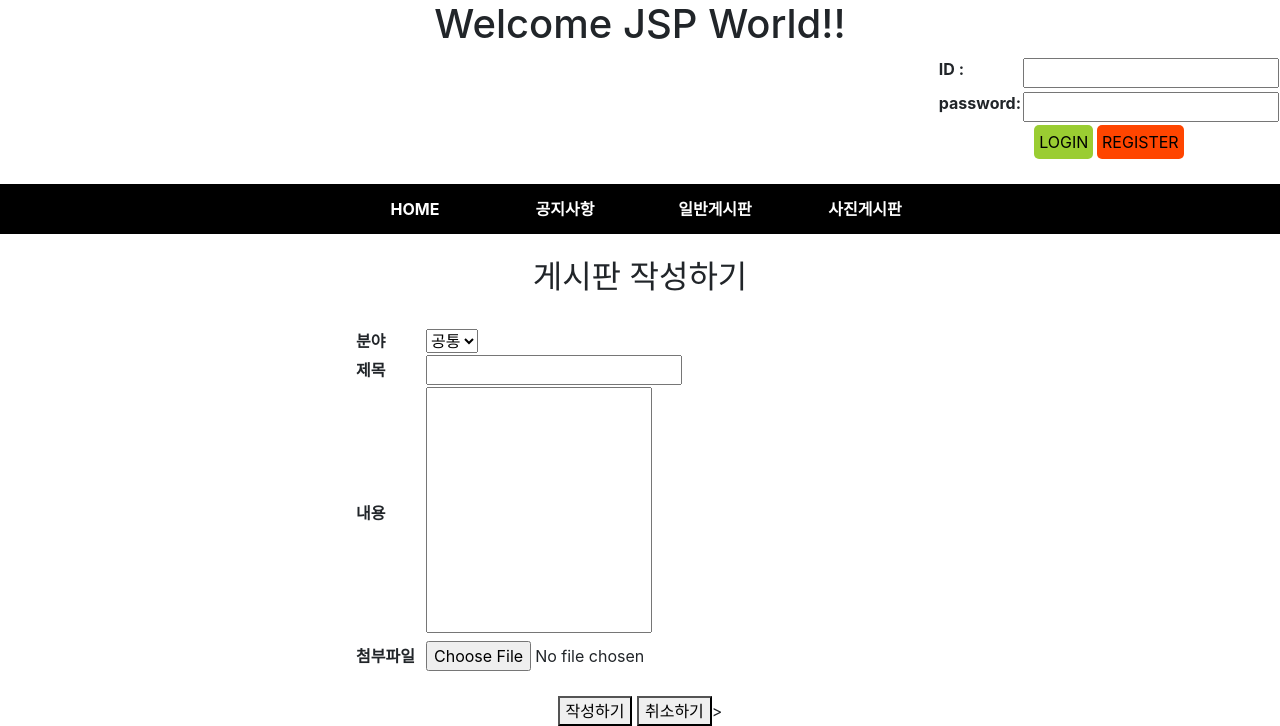
Repository: BrianH29/BH_webserver_workspace2
Page: http://localhost/jspProject/views/board/boardEnrollForm.jsp
An editor plug-in stored every save of this project. The page is shown before and after a run of saves, followed by the edit.
The browser window is 1280 px wide. The pictures show the whole page.
The page is served by Tomcat 9. Other server files are loaded and not shown.

Above is the page before, as saved 2020-09-14 03:42:30.

### jspProject/WebContent/views/board/boardEnrollForm.jsp
<%@ page language="java" contentType="text/html; charset=UTF-8"
    pageEncoding="UTF-8"%>
<!DOCTYPE html>
<html>
<head>
<meta charset="UTF-8">
<title>Insert title here</title>
</head>
<body>
	<%@include file ="../common/menubar.jsp" %>
	<div class="outer">
      <br />
      <h2 align="center">게시판 작성하기</h2>
      <br />

      <form action="" id="insertForm" method="POST">
        <!-- 카테고리, 제목, 내용, 첨부파일-->

        <table align="center">
          <tr>
            <th width="70">분야</th>
            <td width="500">
              <select name="" id="">
                <option value="">공통</option>
                <option value="">운동</option>
                <option value="">등산</option>
                <option value="">게임</option>
                <option value="">낚시</option>
                <option value="">요리</option>
                <option value="">기타</option>
              </select>
            </td>
          </tr>
          <tr>
            <th>제목</th>
            <td><input type="text" name="title" required /></td>
          </tr>
          <tr>
            <th>내용</th>
            <td>
              <textarea
                name="content"
                rows="10"
                style="resize: none"
              ></textarea>
            </td>
          </tr>
          <tr>
            <th>첨부파일</th>
            <td><input type="file" name="upfile" /></td>
          </tr>
        </table>
        <br />
        <div align="center">
          <button type="submit">작성하기</button>
          <button type="reset">취소하기</button>>
        </div>
      </form>
    </div>
</body>
</html>

### jspProject/WebContent/views/common/menubar.jsp
<%@ page language="java" contentType="text/html; charset=UTF-8"
	pageEncoding="UTF-8"%>
<%@page import="com.kh.member.model.vo.Member" %>
<%
	String contextPath = request.getContextPath();

	Member loginUser = (Member)session.getAttribute("loginUser");
	// 로그인 전 : null
	// 로그인 후 : 로그인 성공한 회원정보들이 담겨있는 객체

	String alertMsg = (String)session.getAttribute("alertMsg");
	// > 서비스 요청 전: null
	// > 서비스 요청 성공 후 : alert띄어줄 메시지 문구
%>
<!DOCTYPE html>
<html>
<head>
<meta charset="UTF-8">
<title>Insert title here</title>
<style>
#loginForm, #userInfo {
	float: right;
}

#loginForm button {
	border: none;
	padding: 5px;
	border-radius: 5px;
}

#loginForm button:first-child {
	background: yellowgreen;
}

#loginForm button:last-child {
	background: orangered;
}

#userInfo a {
	color: black;
	text-decoration: none;
	font-size: 12px;
}

.navWrap {
	background: black;
}

.menu {
	display: table-cell;
	height: 50px;
	width: 150px;
}

.menu a {
	text-decoration: none;
	color: white;
	font-weight: bold;
	font-size: 16px;
	display: block;
	width: 100%;
	height: 100%;
	line-height: 50px;
}

.menu a:hover{text-decoration:none; color:white;}
.menu:hover {
	background: darkgrey;
}
</style>
<link rel="stylesheet" href="https://maxcdn.bootstrapcdn.com/bootstrap/4.5.2/css/bootstrap.min.css">
    <script src="https://ajax.googleapis.com/ajax/libs/jquery/3.5.1/jquery.min.js"></script>
    <script src="https://cdnjs.cloudflare.com/ajax/libs/popper.js/1.16.0/umd/popper.min.js"></script>
    <script src="https://maxcdn.bootstrapcdn.com/bootstrap/4.5.2/js/bootstrap.min.js"></script>

<script>
	$(function(){
		var msg = "<%= alertMsg %>"; //자바스크립트 변수

		if(msg != "null"){ // msg가 담겨있을 경우
			alert(msg);
			//알람창 띄어준 후에 session에 담긴 메세지 지워야됨
			//안그러면 menubar.jsp가 포함되어있는 페이지 열때마나다 alert 계속뜰거임
			<% session.removeAttribute("alertMsg"); %>
		}
	});//e.function
</script>
</head>
<body>
	<h1 align="center">Welcome JSP World!!</h1>

	<div class="loginArea">

		<% if(loginUser == null) { %>

		<!-- 1. 로그인 전에 보여지는 로그인 form -->
		<form id="loginForm" action="<%=request.getContextPath() %>/login.me" method="post">
			<table>
				<tr>
					<th><label for="userId">ID : </label></th>
					<td><input type="text" id="userId" name="userId" required></td>
				</tr>
				<tr>
					<th><label for="userPwd">password:</label></th>
					<td><input type="password" id="userPwd" name="userPwd"
						required></td>
				</tr>
				<tr>
					<th colspan="2" style="text-align:center;">
						<button type="submit">LOGIN</button>
						<button type="button" onclick="enrollPage();">REGISTER</button>
					</th>
				</tr>
			</table>
		</form>
		<script>
			function enrollPage(){
				//location.href="/jsp/views/member/memberEnrollForm.jsp";
				// 웹 어플리케이션의 디렉토리 구조가 url에 노출되면 보안에 위험

				// 단순한 정적인 페이지 이동이라고 해도 반드시 servlet 거쳐갈것!! => url에	 서블릿 매핑값만 노출됨!
				location.href="<%=request.getContextPath()%>/enrollForm.me";

			}
		</script>
		<%} else { %>
		<!-- 2.로그인 성공 후 보여지는 div-->
        <div id="userInfo">
            <b><%=loginUser.getUserName() %>님</b>의 방문을 환영합니다. <br><br>

            <div align="center">
                <a href="<%= contextPath %>/myPage.me">MyPage</a>
                <a href="<%=request.getContextPath() %>/logout.me">Logout</a>
            </div>
        </div>
		<%} %>

	</div> <!-- e.loginArea -->

	<br clear="both">
	<!-- 위 내용들 무시-->
	<br>

	<div class="navWrap" align="center">
		<div class="menu">
			<a href="<%= contextPath%>">HOME</a>
		</div>
		<div class="menu">
			<a href="<%= contextPath %>/list.no">공지사항</a>
		</div>
		<div class="menu">
			<a href="<%= contextPath%>/list.bo?currentPage=1">일반게시판</a>
		</div>
		<div class="menu">
			<a href="<%=contextPath%>/list.th">사진게시판</a>
		</div>
	</div>
</body>
</html>

After the next 2 saves:
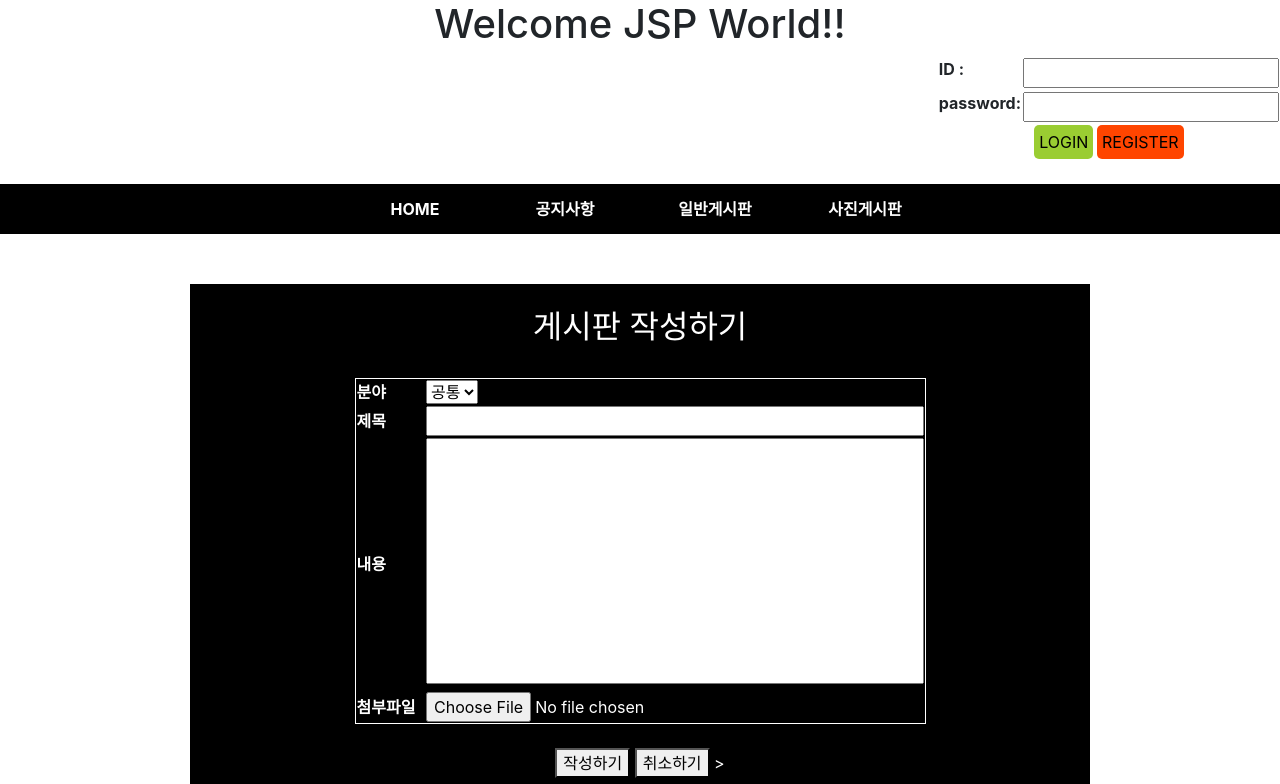
The 2 saves are shown as one change because they came seconds apart.
The last was saved 12 s later.
--- a/jspProject/WebContent/views/board/boardEnrollForm.jsp
+++ b/jspProject/WebContent/views/board/boardEnrollForm.jsp
@@ -1,61 +1,74 @@
 <%@ page language="java" contentType="text/html; charset=UTF-8"
-    pageEncoding="UTF-8"%>
+	pageEncoding="UTF-8"%>
 <!DOCTYPE html>
 <html>
 <head>
 <meta charset="UTF-8">
 <title>Insert title here</title>
+<style>
+.outer {
+	background: black;
+	color: white;
+	margin: auto;
+	width: 900px;
+	height: 500px;
+	margin-top: 50px;
+}
+
+#insertForm>table {
+	border: 1px solid white;
+}
+
+#insertForm>table input, #insertForm>table textarea {
+	width: 100%;
+	box-sizing: border-box;
+}
+</style>
 </head>
 <body>
-	<%@include file ="../common/menubar.jsp" %>
+	<%@include file="../common/menubar.jsp"%>
 	<div class="outer">
-      <br />
-      <h2 align="center">게시판 작성하기</h2>
-      <br />
+		<br />
+		<h2 align="center">게시판 작성하기</h2>
+		<br />
 
-      <form action="" id="insertForm" method="POST">
-        <!-- 카테고리, 제목, 내용, 첨부파일-->
+		<form action="" id="insertForm" method="POST">
+			<!-- 카테고리, 제목, 내용, 첨부파일-->
 
-        <table align="center">
-          <tr>
-            <th width="70">분야</th>
-            <td width="500">
-              <select name="" id="">
-                <option value="">공통</option>
-                <option value="">운동</option>
-                <option value="">등산</option>
-                <option value="">게임</option>
-                <option value="">낚시</option>
-                <option value="">요리</option>
-                <option value="">기타</option>
-              </select>
-            </td>
-          </tr>
-          <tr>
-            <th>제목</th>
-            <td><input type="text" name="title" required /></td>
-          </tr>
-          <tr>
-            <th>내용</th>
-            <td>
-              <textarea
-                name="content"
-                rows="10"
-                style="resize: none"
-              ></textarea>
-            </td>
-          </tr>
-          <tr>
-            <th>첨부파일</th>
-            <td><input type="file" name="upfile" /></td>
-          </tr>
-        </table>
-        <br />
-        <div align="center">
-          <button type="submit">작성하기</button>
-          <button type="reset">취소하기</button>>
-        </div>
-      </form>
-    </div>
+			<table align="center">
+				<tr>
+					<th width="70">분야</th>
+					<td width="500"><select name="" id="">
+							<option value="">공통</option>
+							<option value="">운동</option>
+							<option value="">등산</option>
+							<option value="">게임</option>
+							<option value="">낚시</option>
+							<option value="">요리</option>
+							<option value="">기타</option>
+					</select></td>
+				</tr>
+				<tr>
+					<th>제목</th>
+					<td><input type="text" name="title" required /></td>
+				</tr>
+				<tr>
+					<th>내용</th>
+					<td><textarea name="content" rows="10" style="resize: none"></textarea>
+					</td>
+				</tr>
+				<tr>
+					<th>첨부파일</th>
+					<td><input type="file" name="upfile" /></td>
+				</tr>
+			</table>
+			<br />
+			<div align="center">
+				<button type="submit">작성하기</button>
+				<button type="reset">취소하기</button>
+				>
+			</div>
+		</form>
+	</div>
 </body>
 </html>
